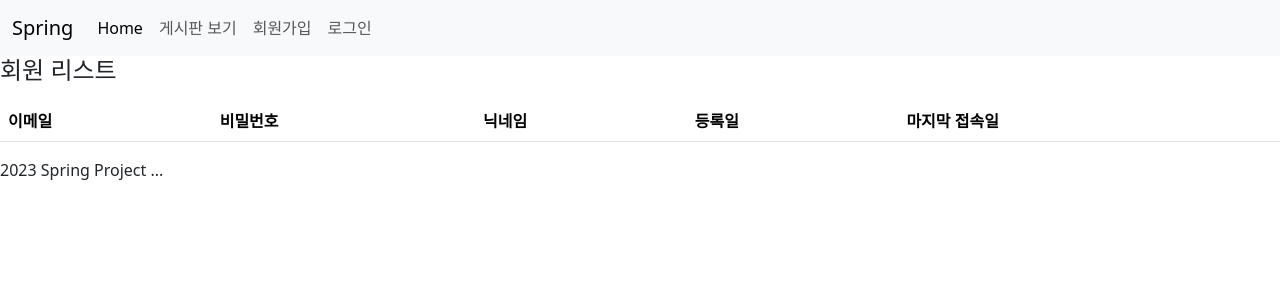
Repository: xoqls97/SpringProject
Page: http://localhost/spring_test2/WEB-INF/views/member/list.jsp
The author's editor kept a copy of each file at every save. The page is drawn from the files as they stood at one save, then again after the next save.
The browser window is 1280 px wide. The pictures show the whole page.
The page is served by Tomcat 9. Nobody is signed in. The template is opened directly, without the code that normally fills it, so the values that code supplies are empty.

Above is the page before, as saved 2024-01-16 04:33:58.
Console error: TypeError: Cannot read properties of null (reading 'addEventListener')

After the next save:
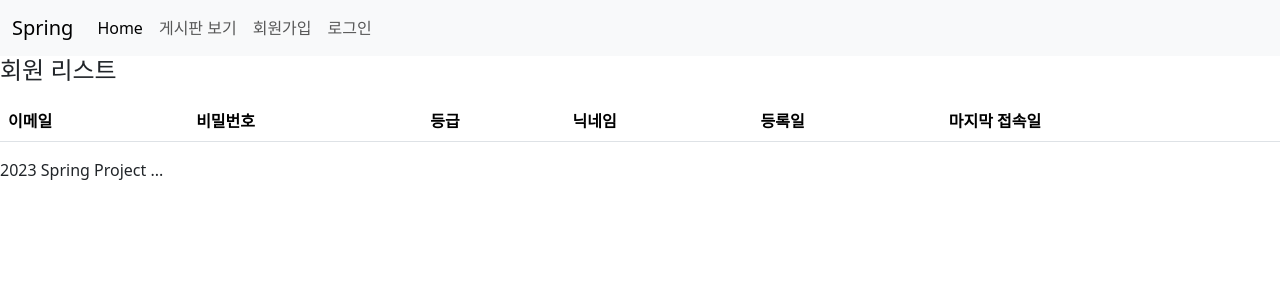
Saved 39 s later.
--- a/spring_test2/src/main/webapp/WEB-INF/views/member/list.jsp
+++ b/spring_test2/src/main/webapp/WEB-INF/views/member/list.jsp
@@ -13,6 +13,7 @@
        <tr>
          <th scope="col">이메일</th>
          <th scope="col">비밀번호</th>
+         <th scope="col">등급</th>
          <th scope="col">닉네임</th>
          <th scope="col">등록일</th>
          <th scope="col">마지막 접속일</th>
